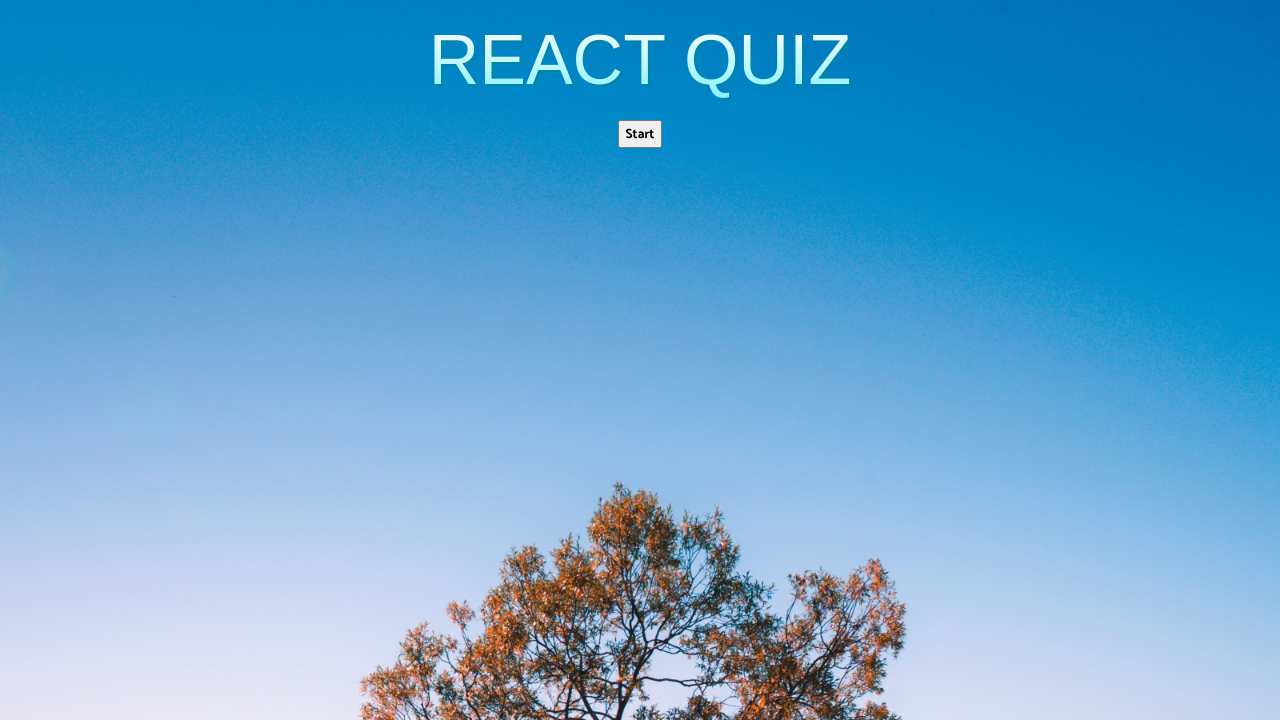
Repository: ducanhaep/ts-react-quiz
Page: /
These files come from the project's save history. The page is drawn as it stood at one moment and after the next save; the edit follows.
The browser window is 1280 px wide. The pictures show the whole page.
The project was rebuilt for these pictures with package versions that can differ from the ones it lists, and the page was loaded fresh each time. Also part of the build but not shown: src/components/QuestionCard.tsx.

Above is the page before, as saved 2021-10-16 00:37:14.

### public/index.html
<!DOCTYPE html>
<html lang="en">

<head>
  <meta charset="utf-8" />
  <link rel="icon" href="%PUBLIC_URL%/favicon.ico" />
  <meta name="viewport" content="width=device-width, initial-scale=1" />
  <meta name="theme-color" content="#000000" />
  <meta name="description" content="Web site created using create-react-app" />
  <link rel="apple-touch-icon" href="%PUBLIC_URL%/logo192.png" />
  <link rel="preconnect" href="https://fonts.googleapis.com">
  <link rel="preconnect" href="https://fonts.gstatic.com" crossorigin>
  <link href="https://fonts.googleapis.com/css2?family=Catamaran:wght@700&display=swap" rel="stylesheet">
  <!--
      manifest.json provides metadata used when your web app is installed on a
      user's mobile device or desktop. See https://developers.google.com/web/fundamentals/web-app-manifest/
    -->
  <link rel="manifest" href="%PUBLIC_URL%/manifest.json" />
  <!--
      Notice the use of %PUBLIC_URL% in the tags above.
      It will be replaced with the URL of the `public` folder during the build.
      Only files inside the `public` folder can be referenced from the HTML.

      Unlike "/favicon.ico" or "favicon.ico", "%PUBLIC_URL%/favicon.ico" will
      work correctly both with client-side routing and a non-root public URL.
      Learn how to configure a non-root public URL by running `npm run build`.
    -->
  <title>React App</title>
</head>

<body>
  <noscript>You need to enable JavaScript to run this app.</noscript>
  <div id="root"></div>
  <!--
      This HTML file is a template.
      If you open it directly in the browser, you will see an empty page.

      You can add webfonts, meta tags, or analytics to this file.
      The build step will place the bundled scripts into the <body> tag.

      To begin the development, run `npm start` or `yarn start`.
      To create a production bundle, use `npm run build` or `yarn build`.
    -->
</body>

</html>

### src/App.tsx
import React, { useState } from "react";
import { fetchQuizQuestions } from "./API";
// Types
import { Difficulty, QuestionState } from "./API";
import QuestionCard from "./components/QuestionCard";

// Styles
import { GlobalStyle, Wrapper } from "./App.styles";
export type AnswerObject = {
  question: string;
  answer: string;
  correct: boolean;
  correctAnswer: string;
};

// Components

const TOTAL_QUESTIONS = 10;
function App() {
  const [loading, setLoading] = useState(false);
  const [questions, setQuestions] = useState<QuestionState[]>([]);
  const [number, setNumber] = useState(0);
  const [userAnswers, setUserAnswers] = useState<AnswerObject[]>([]);
  const [score, setScore] = useState(0);
  const [gameOver, setGameOver] = useState(true);

  const startTrivia = async () => {
    setLoading(true);
    setGameOver(false);
    const newQuestions = await fetchQuizQuestions(
      TOTAL_QUESTIONS,
      Difficulty.EASY
    );

    setQuestions(newQuestions);
    setScore(0);
    setUserAnswers([]);
    setNumber(0);
    setLoading(false);
  };
  console.log(questions);
  const checkAnswer = (e: React.MouseEvent<HTMLButtonElement>) => {
    if (!gameOver) {
      // Users answer
      const answer = e.currentTarget.value;

      // Check answer against correct answer
      const correct = questions[number].correct_answer === answer;
      // Add score if answer is correct
      if (correct) {
        setScore((prev) => prev + 1);
      }

      // Save answer in the array for user answers
      const answerObject = {
        question: questions[number].question,
        answer,
        correct,
        correctAnswer: questions[number].correct_answer,
      };

      setUserAnswers((prev) => [...prev, answerObject]);
    }
  };

  const nextQuestion = () => {
    // Move on to the next question if not the last question
    const nextQuestion = number + 1;
    if (nextQuestion === TOTAL_QUESTIONS) {
      setGameOver(true);
    } else {
      setNumber(nextQuestion);
    }
  };

  return (
    <>
      <GlobalStyle />
      <Wrapper className="App">
        <h1>REACT QUIZ</h1>
        {gameOver || userAnswers.length === TOTAL_QUESTIONS ? (
          <button className="start" onClick={startTrivia}>
            Start
          </button>
        ) : null}
        {!gameOver ? <p className="score">Score: {score}</p> : null}
        {loading && <p>Loading Questions ...</p>}
        {!loading && !gameOver && (
          <QuestionCard
            questionNr={number + 1}
            totalQuestions={TOTAL_QUESTIONS}
            question={questions[number].question}
            answers={questions[number].answers}
            userAnswer={userAnswers ? userAnswers[number] : undefined}
            callback={checkAnswer}
          />
        )}
        {!gameOver &&
        !loading &&
        userAnswers.length === number + 1 &&
        number !== TOTAL_QUESTIONS - 1 ? (
          <button className="next" onClick={nextQuestion}>
            Next Questions
          </button>
        ) : null}
      </Wrapper>
    </>
  );
}

export default App;

### src/API.ts
import { shuffleArray } from "./utils";
export type Question = {
  category: string;
  correct_answer: string;
  difficulty: string;
  incorrect_answers: string[];
  question: string;
  type: string;
};

export type QuestionState = Question & { answers: string[] };

export enum Difficulty {
  EASY = "easy",
  MEDIUM = "medium",
  HARD = "hard",
}
export const fetchQuizQuestions = async (
  amount: number,
  difficulty: Difficulty
) => {
  const endpoint = `https://opentdb.com/api.php?amount=${amount}&difficulty=${difficulty}&type=multiple`;
  const data = await (await fetch(endpoint)).json();
  return data.results.map((question: Question) => ({
    ...question,
    answers: shuffleArray([
      ...question.incorrect_answers,
      question.correct_answer,
    ]),
  }));
};

### src/App.styles.ts
import styled, { createGlobalStyle } from "styled-components";
import BGImage from "./images/natu.jpg";

export const GlobalStyle = createGlobalStyle`
  html {
    height:100%auto;
  }

  body {
    background-image: url(${BGImage});
    background-size: cover;
    margin: 0;
    padding: 0 20px;
    display: flex;
    justify-content: center;
  }

  * {
    box-sizing: border-box;
    font-family: "Catamaran", sans-serif;
  }
`;

export const Wrapper = styled.div`
  display: flex;
  flex-direction: column;
  align-items: center;
  > p {
    color: #fff;
  }

  .score {
    color: #fff;
    font-size: 2rem;
    margin: 0;
  }

  h1 {
    font-family: Fascinate Inline, Haettenschweiler, "Arial Narrow Bold",
      sans-serif;
    background-image: linear-gradient(180deg, #fff, #87f1ff);
    background-size: 100%;
    background-clip: text;
    -webkit-background-clip: text;
    -webkit-text-fill-color: transparent;
    -moz-background-clip: text;
    -moz-text-fill-color: transparent;
    filter: drop-shadow(2px 2px #0085a3);
    font-size: 70px;
    text-align: center;
    margin: 20px;
    font-weight: 400;
  }
`;

Loaded but not shown: src/index.tsx (common file); src/utils.ts (common file)

After the next save:
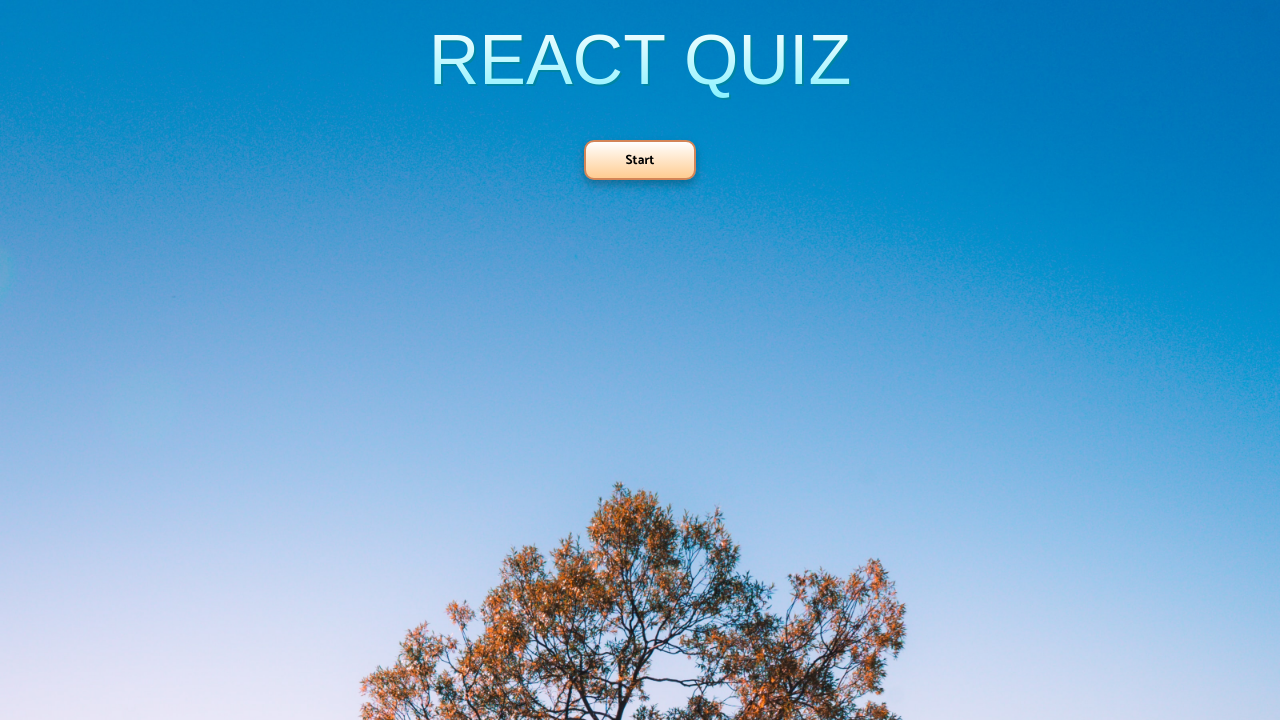
Saved 3 min 10 s later.
--- a/src/App.styles.ts
+++ b/src/App.styles.ts
@@ -51,4 +51,19 @@ export const Wrapper = styled.div`
     margin: 20px;
     font-weight: 400;
   }
+
+  .start,
+  .next {
+    cursor: pointer;
+    background: linear-gradient(180deg, #fff, #ffcc91);
+    border: 2px solid #d38558;
+    box-shadow: 0px 5px 10px rgba(0, 0, 0, 0.25);
+    border-radius: 10px;
+    height: 40px;
+    margin: 20px 0;
+    padding: 0 40px;
+  }
+  .start {
+    max-width: 200px;
+  }
 `;
